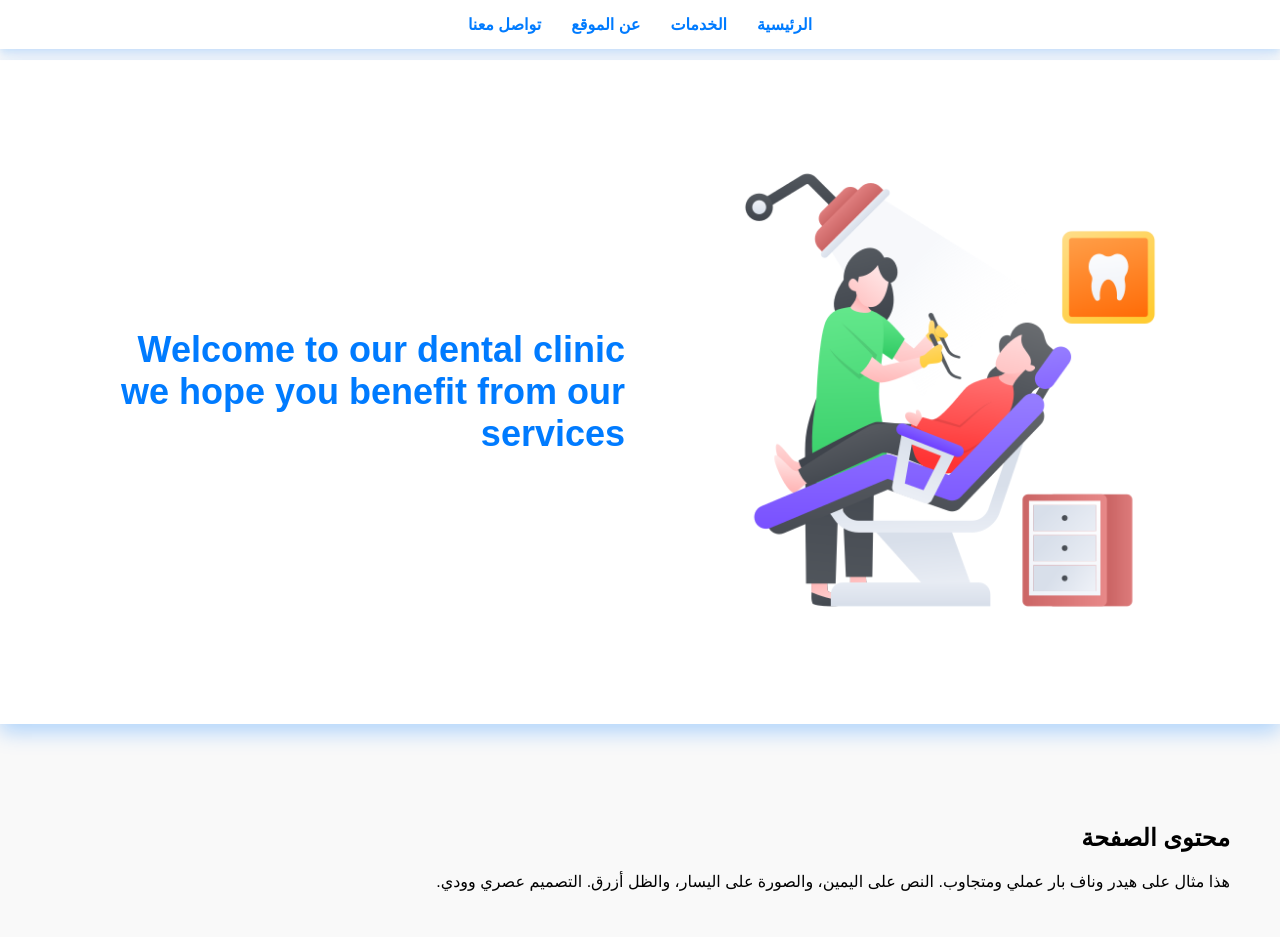
Repository: mysite4/s
Page: http://localhost/
An editor plug-in stored every save of this project. The page is shown before and after the next save, followed by the edit.
The browser window is 1280 px wide. The pictures show the whole page.
Some web fonts or font styles are not loaded; a fallback is used. The page is served by the project's application, run on Django 5.2 (manage.py).

Above is the page before, as saved 2025-10-19 18:08:26.

After the next save:
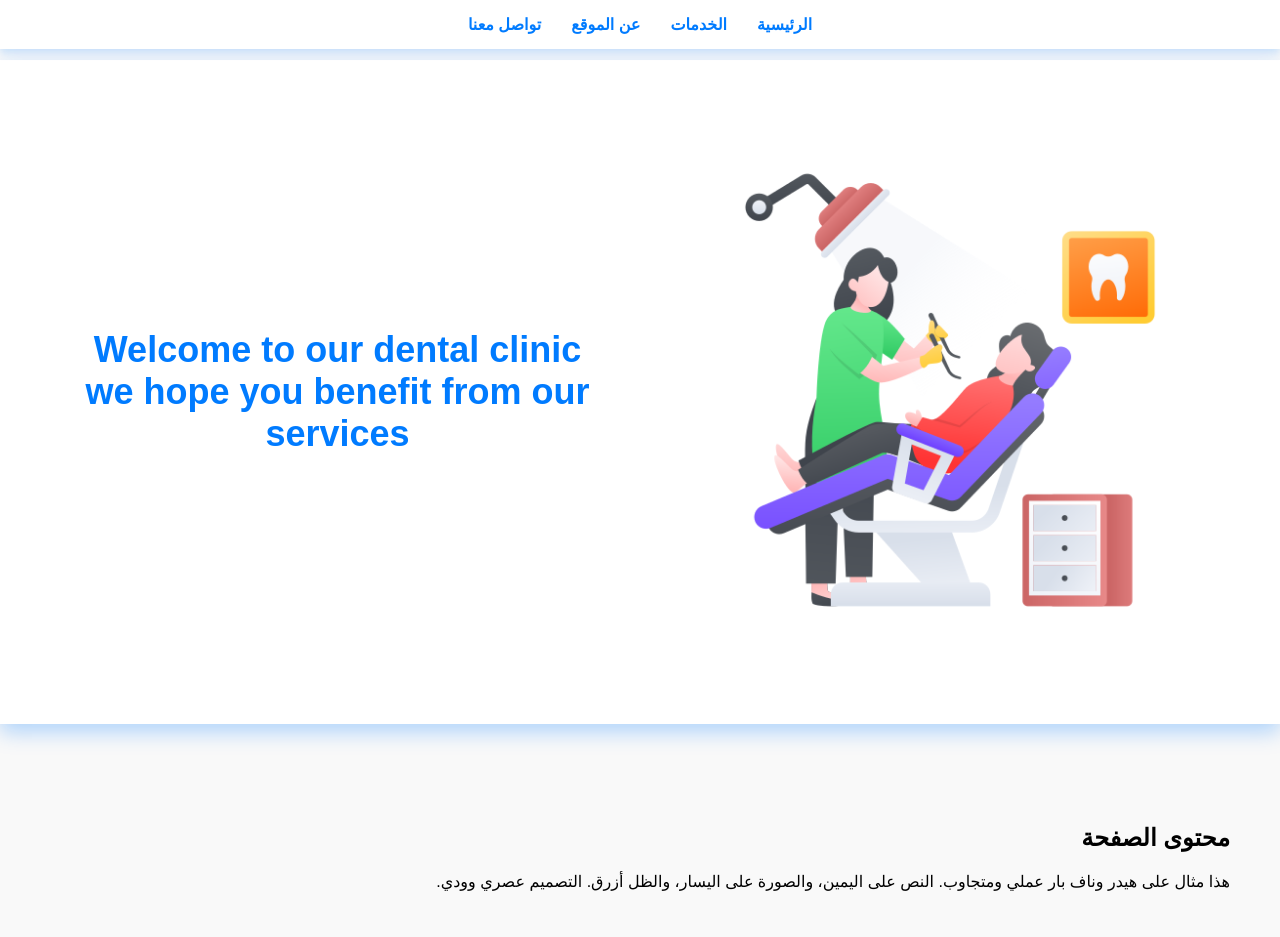
Saved 32 s later.
--- a/main/static/css/style.css
+++ b/main/static/css/style.css
@@ -58,7 +58,7 @@
   font-size: 36px;
   font-weight: 700;
   color: #007bff;
-  text-align: right; /* النص على اليمين */
+  text-align:center ; /* النص على اليمين */
   direction: ltr;
 }
 
